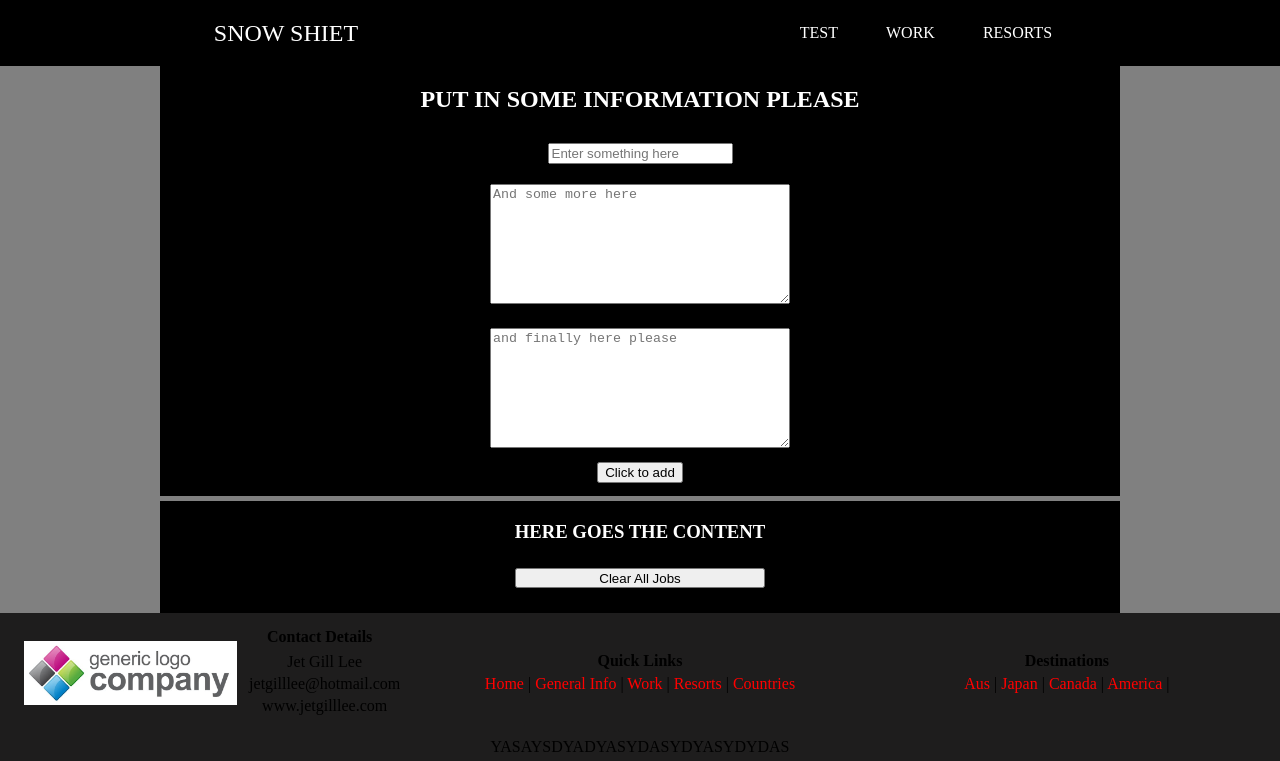
Repository: Jet-Gill-Lee/SnowSite
Page: submit-stuff.html
The author's editor kept a copy of each file at every save. The page is drawn from the files as they stood at one save, then again after the next save.
The browser window is 1280 px wide. The pictures show the whole page.

Above is the page before, as saved 2021-07-24 23:31:36.

After the next save:
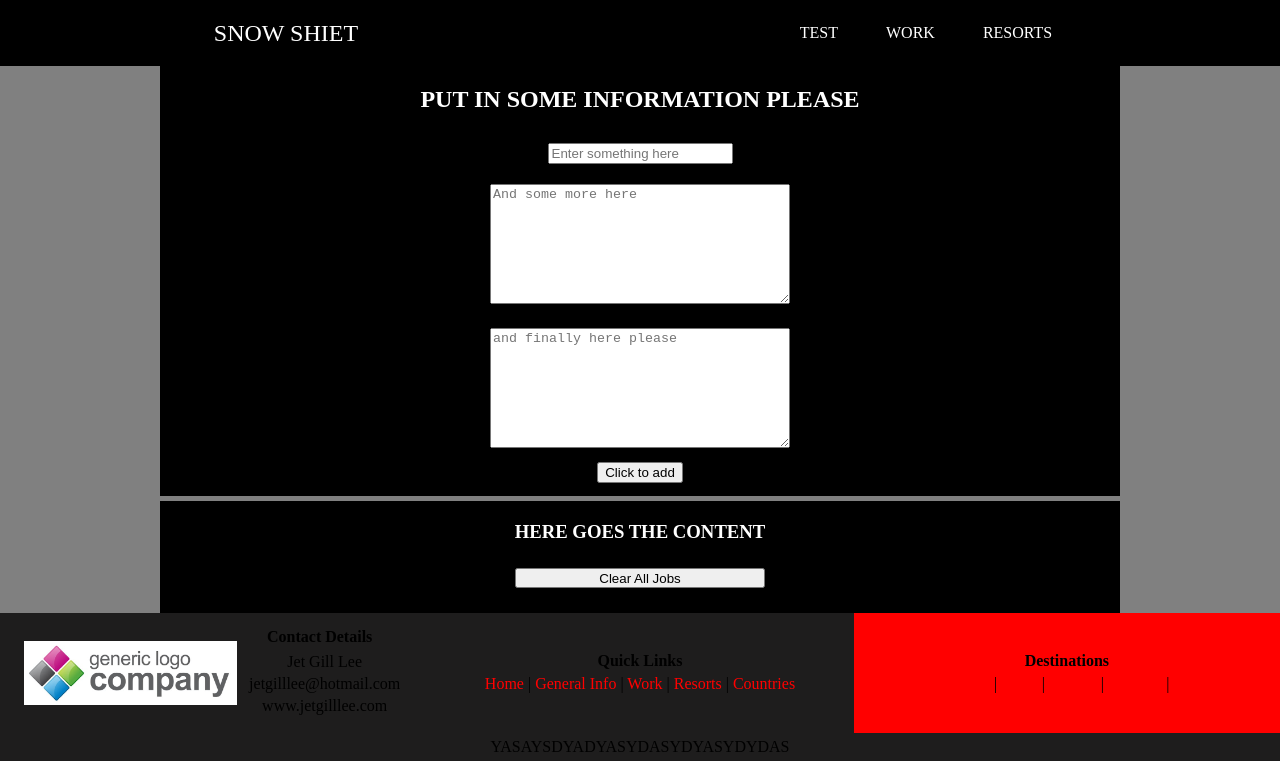
Saved 11 s later.
--- a/css/stylesheet.css
+++ b/css/stylesheet.css
@@ -96,7 +96,7 @@ body {
   text-align: center;
 
 }
-.footer-flex-item.links {
+.footer-flex-item.flex-links {
  background-color: red;
 }
 .footer-flex-item a{
